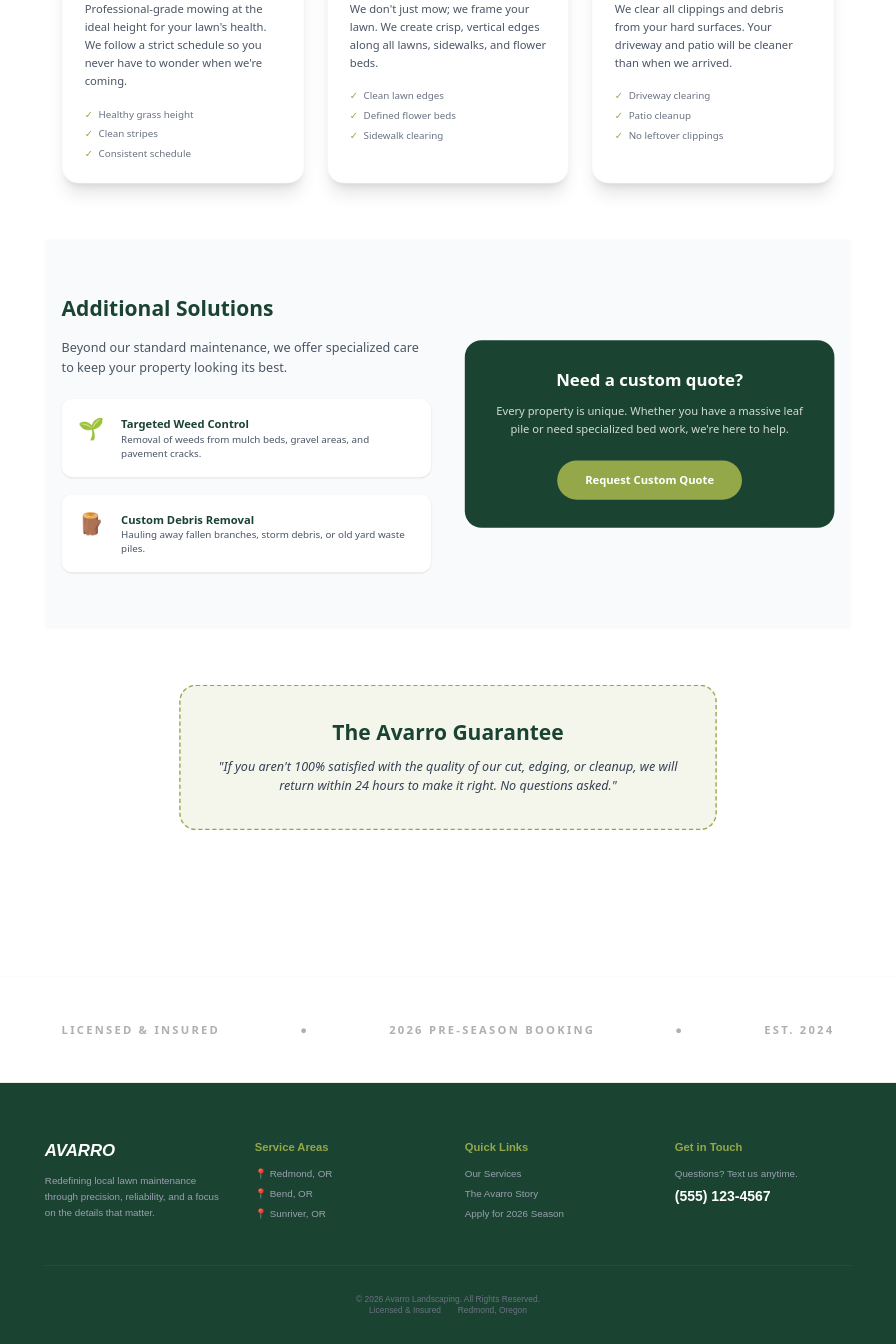
Repository: KalebMalone/Avarro
Page: /
The author's editor kept a copy of each file at every save. The page is drawn from the files as they stood at one save, then again after the next save.
The browser window is 1280 px wide. The pictures show the part of the page from y = 1810 to 3730 px (the page is 3730 px tall before and 3714 px after), at 70% of full size.
The project was rebuilt for these pictures with package versions that can differ from the ones it lists, and the page was loaded fresh each time. Also part of the build but not shown: vite.config.js, src/pages/About.jsx, src/pages/Contact.jsx.

Above is the page before, as saved 2026-01-28 17:26:11.

After the next save:
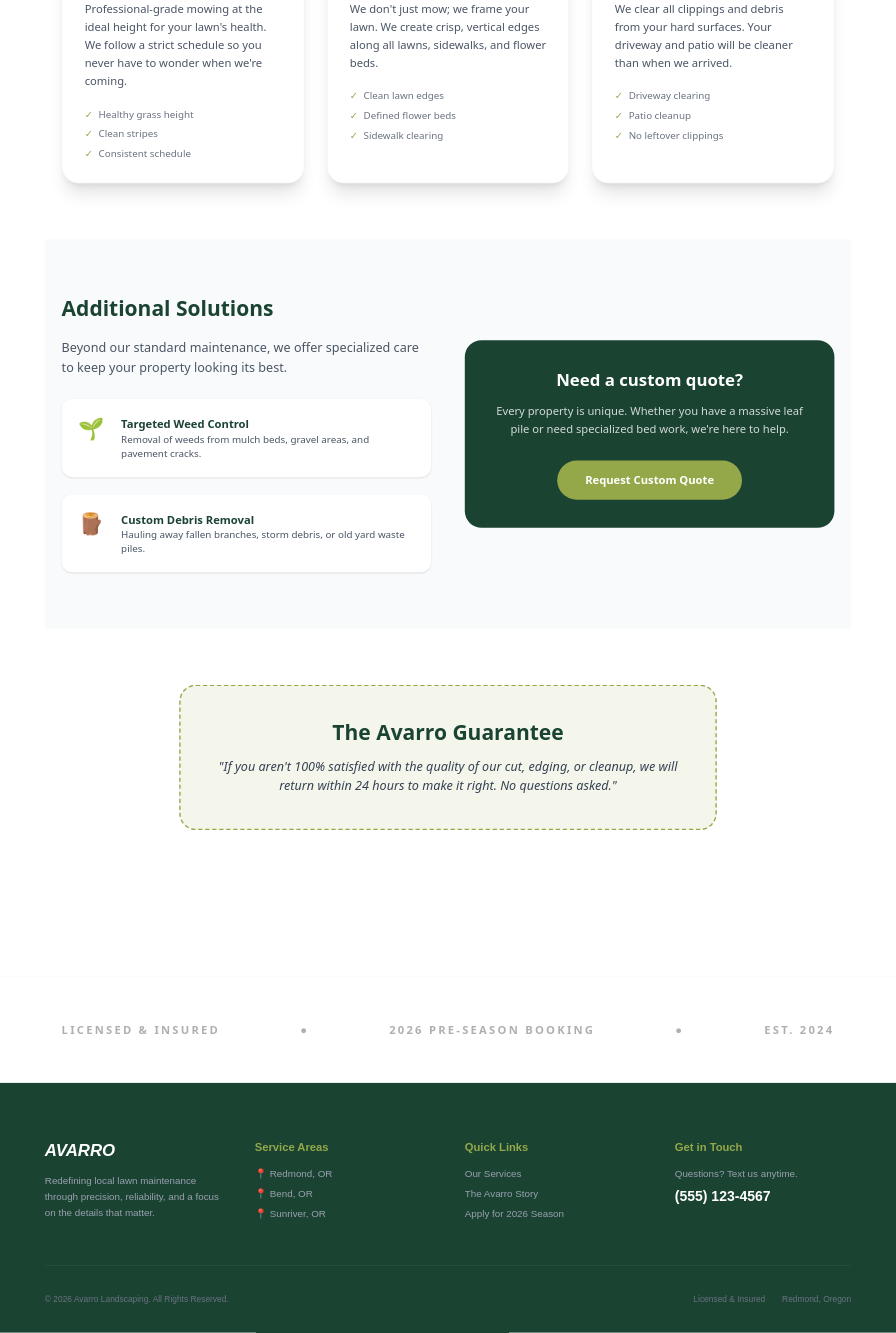
Saved 62 s later.
--- a/src/components/Footer.jsx
+++ b/src/components/Footer.jsx
@@ -1,3 +1,5 @@
+import { Link } from "react-router-dom"; // Don't forget this import!
+
 export default function Footer() {
     return (
         <footer className="bg-[#1a4332] text-white pt-20 pb-10 px-6">
@@ -21,13 +23,19 @@
                     </ul>
                 </div>
 
-                {/* Quick Links */}
+                {/* Quick Links - Fixed to use <Link> */}
                 <div>
                     <h4 className="font-bold mb-4 text-[#94a84a]">Quick Links</h4>
                     <ul className="text-gray-400 text-sm space-y-2">
-                        <li><a href="/services" className="hover:text-white transition">Our Services</a></li>
-                        <li><a href="/about" className="hover:text-white transition">The Avarro Story</a></li>
-                        <li><a href="/contact" className="hover:text-white transition">Apply for 2026 Season</a></li>
+                        <li>
+                            <Link to="/services" className="hover:text-white transition no-underline">Our Services</Link>
+                        </li>
+                        <li>
+                            <Link to="/about" className="hover:text-white transition no-underline">The Avarro Story</Link>
+                        </li>
+                        <li>
+                            <Link to="/contact" className="hover:text-white transition no-underline">Apply for 2026 Season</Link>
+                        </li>
                     </ul>
                 </div>
 
@@ -39,7 +47,8 @@
                 </div>
             </div>
 
-            <div className="max-w-6xl mx-auto pt-10 flex flex-col md:row justify-between items-center text-gray-500 text-xs">
+            {/* Bottom Bar - Fixed 'flex-row' typo */}
+            <div className="max-w-6xl mx-auto pt-10 flex flex-col md:flex-row justify-between items-center text-gray-500 text-xs">
                 <p>© 2026 Avarro Landscaping. All Rights Reserved.</p>
                 <div className="flex space-x-6 mt-4 md:mt-0">
                     <span>Licensed & Insured</span>
